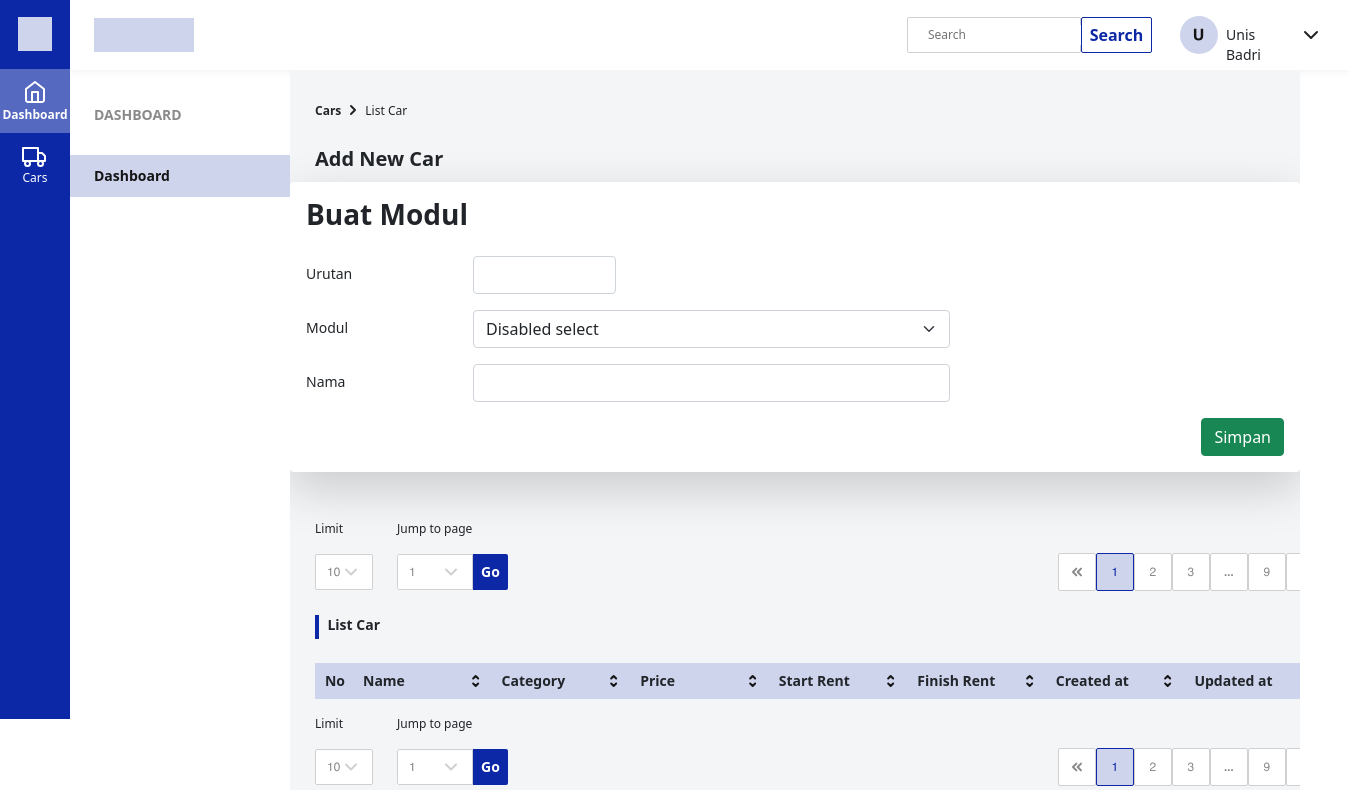
Repository: farrelmuhammad/challenge-7-binar
Page: /carlist/add
These files come from the project's save history. The page is drawn as it stood at one moment and after the next save; the edit follows.
The browser window is 1280 px wide. The page is 1350 px wide, so the pictures cover 1350 px, including what lies to the right of the window. The pictures show the whole page.
The project was rebuilt for these pictures with package versions that can differ from the ones it lists, and the page was loaded fresh each time. Also part of the build but not shown: src/component/navbar.js, src/component/header.js, src/component/footer.js, src/App.js, src/component/admin/Dashboard/index.jsx, src/pages/admin/Dashboard.js, src/component/admin/Cars/index.jsx, src/pages/admin/CarsList.js and 2 more.

Above is the page before, as saved 2022-05-27 21:09:27.

### src/index.css
body {
  font-family: Helvetica Neue, Helvetica, Arial, sans-serif;
  font-style: normal;
  font-weight: normal;
  font-size: 14px;
  line-height: 20px;
  margin: 0;
  padding: 0;
}

h1,
h2,
h3,
h4,
h5 {
  line-height: 150%;
}

.header{
  background-color: #F1F3FF;
}

.footer i {
  color: #0D28A6;
  font-size: x-large;
}

.bg-darkblue{
  background-color: #0D28A6;
}

.logo {
  background-color: #0D28A6;
  width: 100px;
  height: 34px;
}

code {
  font-family: source-code-pro, Menlo, Monaco, Consolas, 'Courier New',
    monospace;
}

.card-cari {
  width: 1047px;
  /* height: 106px; */
  margin-top: -50px;
  z-index: 2;
}
.button-cari {
  width: 92px !important;
  margin-top: 30px;
  height: 36px;
}
.activeCari {
  height: 100%;
  width: 0;
  position: fixed;
  z-index: 2;
  top: 0;
  left: 0;
  background-color: rgba(0, 0, 0, 0.5);
  overflow-x: hidden;
  transition: 0.5s;
  padding-top: 34px;
}

### src/component/admin/Navbar.jsx
import { Link } from 'react-router-dom';
import './Navbar.css';

const Navbar = () => {
  return (
    <header>
      {/* navbar top */}
      <div className="nav-top navbar">
        <div className="logo"></div>
        <span
          className="icon-menu iconify"
          data-icon="charm:menu-hamburger"
          data-width="24"
        ></span>
        <form className="nav-search d-flex">
          <div className="box-search">
            <span
              className="iconify"
              data-icon="akar-icons:search"
              data-width="18"
            ></span>
            <input type="search" placeholder="Search" />
          </div>
          <button className="button-search" type="submit">
            Search
          </button>
        </form>
        <div className="profile">
          <img src="img/profile.svg" alt="profile" />
          <p>Unis Badri</p>
          <img className="dropdown" src="img/dropdown.svg" alt="dropdown" />
        </div>
      </div>

      {/* navbar side */}
      <div className="nav-side">
        <div className="nav-blue">
          <div className="square"></div>
          <div className="frame-menu">
            <div className="dash-img" id="active">
              <a href="/dashboard">
                <img src="/img/dashboard.svg" alt="dashboard" />
              </a>
              <a href="/dashboard">Dashboard</a>
            </div>
            <div className="dash-img">
              <Link to="/carlist">
              <a>
                <img src="/img/cars.svg" alt="cars" />
                Cars
              </a>
              </Link>
            </div>
          </div>
        </div>
        <div className="nav-white">
          <div className="title-menu">
            <h1>DASHBOARD</h1>
          </div>
          <div className="list-menu">
            <h1>Dashboard</h1>
          </div>
        </div>
      </div>
    </header>
  );
};

export default Navbar;

### src/component/admin/Cars/add/index.jsx
import React from 'react'

export const AddCar = () => {
  return (
    <>
            <div className="content">
                <div className="breadcrumb">
                <h1>Cars</h1>
                <img src="../img/arrow-right.svg" alt="arrow-right" />
                <p>List Car</p>
                </div>
                <div className="col">
                    <h1 className="title-h1">Add New Car</h1>
                </div>



                <form className="form-input shadow-lg p-3 mb-5 bg-body rounded">
            <div className="text-title text-start mb-4">
                <h3 className="title fw-bold">Buat Modul</h3>
            </div>
                <div className="row mb-3">
                    <label for="inputKode3" className="col-sm-2 col-form-label">Urutan</label>
                    <div className="col-sm-2">
                    <input type="kode" className="form-control" id="inputKode3"/>
                    </div>
                </div>
                <div className="row mb-3">
                    <label for="inputNama3" className="col-sm-2 col-form-label">Modul</label>
                    <div className="col-sm-6">
                        <select id="disabledSelect" className="form-select">
                            <option>Disabled select</option>
                        </select>
                    </div>
                </div>
                <div className="row mb-3">
                    <label for="inputPassword3" className="col-sm-2 col-form-label">Nama</label>
                    <div className="col-sm-6">
                    <input type="kode" className="form-control" id="inputKode3"/>
                    </div>
                </div>
                <div className="d-grid gap-2 d-md-flex justify-content-md-end">
                    <button className="btn btn-success" type="button">Simpan</button>
                </div>
            </form>

                {/* table navigation */}
                <div className="table-nav">
                <div className="limit-nav">
                    <p>Limit</p>
                    <img src="../img/form-drop.svg" alt="form-drop" />
                </div>
                <div className="jump-nav">
                    <p>Jump to page</p>
                    <img src="../img/form-drop-2.svg" alt="form-drop-2" />
                </div>
                <div className="go-nav">
                    <h1>Go</h1>
                </div>
                <div className="page-number">
                    <img src="../img/page-number.svg" alt="page-number" />
                </div>
                </div>

                <div className="list-car">
                <img src="../img/line-blue.svg" alt="" />
                <h1>List Car</h1>
                </div>
                {/* car table */}
                <div className="list-table">
                <table className="table table-borderless">
                    <thead>
                    <tr>
                        <th style={{ textAlign: "center" }}>No</th>
                        <th>
                        Name
                        <img className="sort" src="img/sort.svg" alt="sort" />
                        </th>
                        <th>
                        Category
                        <img className="sort" src="img/sort.svg" alt="sort" />
                        </th>
                        <th>
                        Price
                        <img className="sort" src="img/sort.svg" alt="sort" />
                        </th>
                        <th>
                        Start Rent
                        <img className="sort" src="img/sort.svg" alt="sort" />
                        </th>
                        <th>
                        Finish Rent
                        <img className="sort" src="img/sort.svg" alt="sort" />
                        </th>
                        <th>
                        Created at
                        <img className="sort" src="img/sort.svg" alt="sort" />
                        </th>
                        <th>
                        Updated at
                        <img className="sort" src="img/sort.svg" alt="sort" />
                        </th>
                    </tr>
                    </thead>
                    <tbody>
                    {/* {dataCarAdmin?.map((car, i) => (
                        <>
                        <tr>
                            <td key={car.id} style={{ textAlign: "center" }}>
                            {i + 1}
                            </td>
                            <td>{car.name}</td>
                            <td>{car.category}</td>
                            <td>{car.price}</td>
                            <td>{car.start_rent_at}</td>
                            <td>{car.finish_rent_at}</td>
                            <td>{car.createdAt}</td>
                            <td>{car.updatedAt}</td>
                        </tr>
                        </>
                    ))} */}
                    </tbody>
                </table>
                </div>

                {/* table navigation */}
                <div className="table-nav">
                <div className="limit-nav">
                    <p>Limit</p>
                    <img src="img/form-drop.svg" alt="form-drop" />
                </div>
                <div className="jump-nav">
                    <p>Jump to page</p>
                    <img src="img/form-drop-2.svg" alt="form-drop-2" />
                </div>
                <div className="go-nav">
                    <h1>Go</h1>
                </div>
                <div className="page-number">
                    <img src="img/page-number.svg" alt="page-number" />
                </div>
                </div>
            </div>
            </>
  )
}

export default AddCar

### src/component/admin/Navbar.css
h1 {
    font-size: 14px;
    line-height: 20px;
}

header .nav-top {
    position: absolute;
    width: 1280px;
    height: 70px;
    left: 70px;
    right: 0;
    top: 0px;
    box-shadow: 0px 2px 8px rgba(0, 0, 0, 0.05);
}

header .nav-top .logo {
    position: absolute;
    width: 100px;
    height: 34px;
    left: 24px;
    top: 18px;
    background: #CFD4ED;
}

header .nav-top .icon-menu {
    position: absolute;
    width: 24px;
    height: 24px;
    left: 244px;
    top: 23px;
}

header .nav-top .nav-search {
    display: flex;
    flex-direction: row;
    align-items: flex-start;
    padding: 0px;
    position: absolute;
    width: 245px;
    height: 36px;
    left: 837px;
    top: 17px;
}

header .nav-top .nav-search .box-search {
    display: flex;
    flex-direction: row;
    align-items: center;
    padding-left: 12px;
    width: 174px;
    height: 36px;
    border: 1px solid #D0D0D0;
    border-radius: 2px;
    font-size: 12px;
    line-height: 18px;
    color: #8A8A8A;
}

header .nav-top .nav-search .box-search > input {
    border: none;
    outline: none;
    padding-left: 8px;
}

header .nav-top .nav-search .button-search {
    display: flex;
    flex-direction: row;
    justify-content: center;
    align-items: center;
    padding: 8px 12px;
    width: 71px;
    height: 36px;
    background-color: white;
    border: 1px solid #0D28A6;
    border-radius: 2px;
    font-weight: 700;
    color:#0D28A6;
}

header .nav-top .profile {
    display: flex;
    flex-direction: row;
    align-items: center;
    position: absolute;
    width: 143px;
    height: 38px;
    left: 1110px;
    right: 24px;
    top: 16px;
}

header .nav-top .profile > p {
    position: absolute;
    width: 65px;
    height: 20px;
    left: 46px;
    top: 9px;
    font-weight: 400;
    font-size: 14px;
    line-height: 20px;
}

header .nav-top .profile .dropdown {
    position: absolute;
    width: 24px;
    height: 24px;
    left: 119px;
    top: 7px;
}

header .nav-side {
    position: absolute;
    width: 290px;
    height: 100%;
    left: 0px;
    top: -1px;
}

header .nav-side .nav-blue {
    position: absolute;
    left: 0%;
    right: 75.86%;
    top: 0%;
    bottom: 0%;
    background: #0D28A6;
}

header .nav-side .nav-blue .square {
    position: absolute;
    width: 34px;
    height: 34px;
    left: 18px;
    top: 18px;
    background: #CFD4ED;
}

header .nav-side .nav-blue .frame-menu {
    display: flex;
    flex-direction: column;
    align-items: flex-start;
    padding: 0px;
    position: absolute;
    width: 70px;
    height: 128px;
    left: 0px;
    top: 70px;
}

header .nav-side .nav-blue .frame-menu .dash-img {
    display: flex;
    flex-direction: column;
    justify-content: center;
    align-items: center;
    padding: 20px 23px;
    position: static;
    width: 70px;
    height: 64px;
    left: 0px;
    top: 0px;
}

#active {
    font-weight: 700;
    background: rgba(255, 255, 255, 0.3);
}

header .nav-side .nav-blue .frame-menu .dash-img a {
    font-size: 12px;
    line-height: 18px;
    margin-top: 2px;
    text-decoration: none;
    color: white;
}

header .nav-side .nav-blue img:last-child {
    margin-top: 0;
}

header .nav-side .nav-white {
    position: absolute;
    left: 24.14%;
    right: 0%;
    top: 7.76%;
    bottom: 0.22%;
}

header .nav-side .nav-white .title-menu {
    position: absolute;
    width: 220px;
    height: 42px;
    left: 24px;
    top: 50px;
}

header .title-menu h1 {
    font-weight: 700;
    color: #8A8A8A;
    left: 24px;
}

header .nav-side .nav-white .list-menu {
    position: static;
    margin-top: 100px;
    width: 220px;
    height: 42px;
    padding: 11px 24px;
    background: #CFD4ED;
}

header .list-menu h1 {
    font-weight: 700;
    color: #151515;
    left: 24px;
}

### src/component/admin/Dashboard/Content.css
.content {
    position: absolute;
    overflow: auto;
    left: 290px;
    top: 70px;
    /* width: 1280px; */
    height: 100%;
    background: #F4F5F7;
    font-size: 14px;
    line-height: 20px;
}

.content .breadcrumb {
    position: absolute;
    width: 300px;
    height: 18px;
    left: 25px;
    top: 32px;
}

.content .breadcrumb > h1 {
    font-size: 12px;
    line-height: 18px;
    font-weight: 700;
}

.content .breadcrumb > p {
    font-size: 12px;
    line-height: 18px;
    font-weight: 300;
}

.content .breadcrumb > img {
    width: 16px;
    height: 16px;
    margin-left: 4px;
    margin-right: 4px;
}

.content .title-h1 {
    font-size: 20px;
    line-height: 30px;
    font-weight: 700;
    margin-left: 25px;
    margin-top:74px;
}

.content .list-order {
    margin-top: 24px;
    position: absolute;
    width: 79px;
    height: 24px;
    margin-left: 25px;
}

.content .list-order > img {
    width: 4px;
    height: 24px;
}

.content .list-order > h1 {
    float: right;
    font-weight: 700;
    margin-left: 8px;
}

.content .list-table table {
    margin-left: 25px;
    margin-top: 72px;
    width: 100%;
    table-layout: fixed;
    background-color: white;
    border: 1px solid none;
    border-radius: 2px;
}

.content .list-table table thead {
    background-color: rgba(207, 212, 237, 1);
    font-weight: 700;
}

.content .list-table table thead th:first-child {
    width: 40px;
}

.content .list-table table thead th > img {
    float: right;
}

.content .table-nav {
    display: flex;
    flex-direction: row;
    width: 1010px;
    font-size: 12px;
    line-height: 18px;
    font-weight: 300;
}

.content .table-nav .limit-nav{
    margin-left: 25px;
}

.content .table-nav .limit-nav p {
    font-size: 12px;
    line-height: 18px;
}

.content .table-nav .jump-nav {
    margin-left: 24px;
}

.content .table-nav .jump-nav p {
    font-size: 12px;
    line-height: 18px;
}

.content .table-nav .go-nav {
    width: 43px;
    height: 36px;
    margin-top: 34px;
    background: #0D28A6;
    border-radius: 0px 2px 2px 0px;
}

.content .table-nav .go-nav > h1 {
    text-align: center;
    font-weight: bold;
    color: white;
    padding: 8px 8px;
}

.content .table-nav .page-number {
    margin-top: 33px;
    margin-left: 550px;
}

.content .list-car {
    margin-top: 24px;
    position: absolute;
    width: 65px;
    height: 24px;
    margin-left: 25px;
}

.content .list-car > img {
    width: 4px;
    height: 24px;
}

.content .list-car > h1 {
    float: right;
    font-weight: 700;
    margin-left: 8px;
}

.content .title-button-car {
    display: inline-flex;
}

.content .title-button-car > h1 {
    margin-right: 800px;
}

.content .title-button-car > a img {
    margin-top: 74px;
}

.content .button-category {
    margin-top: 24px;
    margin-left: 8px;
    display: inline-flex;
}

.content .button-category img {
    margin-left: 16px;
}

.content .cars-card {
    width: 320px;
    height: 482px;
    margin-left: 25px;
    margin-top: 24px;
    box-shadow: 0px 0px 4px rgba(0, 0, 0, 0.15);
    border-radius: 8px;
}

.content .cars-card .card-img-top {
    width: 270px;
    height: 160px;
    margin: auto;
    margin-top: 55px;
}

.content .cars-card .card-body {
    padding: 24px;
}

.content .cars-card .card-body .bold-h1 {
    font-weight: 700;
    font-size: 16px;
    line-height: 24px;
    margin-bottom: 0;
}

.content .cars-card .card-body-text {
    display: inline-flex;
    width: 303px;
    height: 20px;
    margin-top: 16px;
}

.content .cars-card .card-body-text img {
    margin-right: 8px;
    width: 20px;
    height: 20px;
}

.content .cars-card .button-card {
    display: inline-flex;
    margin-left: 8px;
    margin-top: 24px;
}

.content .cars-card .button-card img {
    width: 120px;
}

.content .cars-card .button-card img:last-child {
    margin-left: 16px;
}

.content .form-add-new-car {
    width: 1010px;
    height: 350px;
    background: white;
    margin-top: 32px;
    margin-left: 25px;
}

.content .form-add-new-car .content-form {
    padding-top: 16px;
    padding-left: 25px;
    font-weight: 300;
    font-size: 12px;
    line-height: 18px;
}

.content .form-add-new-car .content-form label {
    width: 147px;
}

.content .form-add-new-car .content-form input {
    width: 339px;
    height:auto;
    border: 1px solid #D0D0D0;
    border-radius: 2px;
    color: #8A8A8A;
    font-weight: 300;
    font-size: 12px;
    line-height: 18px;
}

.content .form-add-new-car .content-form .content-box {
    margin-left: 4px;
}

.content .form-add-new-car .content-h1 h1 {
    display: inline-flex;
    margin-left: 25px;
    margin-top: 16px;
    font-weight: 300;
    font-size: 12px;
    line-height: 18px;
}

.content .form-add-new-car .content-h1 h1:first-child {
    width: 147px;
}

.content .form-add-new-car .content-h1 h1:last-child {
    margin-left: 8px;
}

.content .button-form {
    display: inline-flex;
    margin-left: 9px;
}

.content .button-form img {
    margin-left: 16px;
    margin-top: 282px;
    margin-bottom: 40px;
}

Loaded but not shown: public/index.html (common file); src/app/store.js (common file); src/reportWebVitals.js (common file); src/features/counter/counterAPI.js (common file); src/features/counter/counterSlice.js (73 lines, source omitted); src/Routes.js (25 lines, source omitted); src/index.js (26 lines, source omitted); src/pages/admin/AddCar.js (14 lines, source omitted); src/component/admin/Cars/Content.css (338 lines, source omitted)

After the next save:
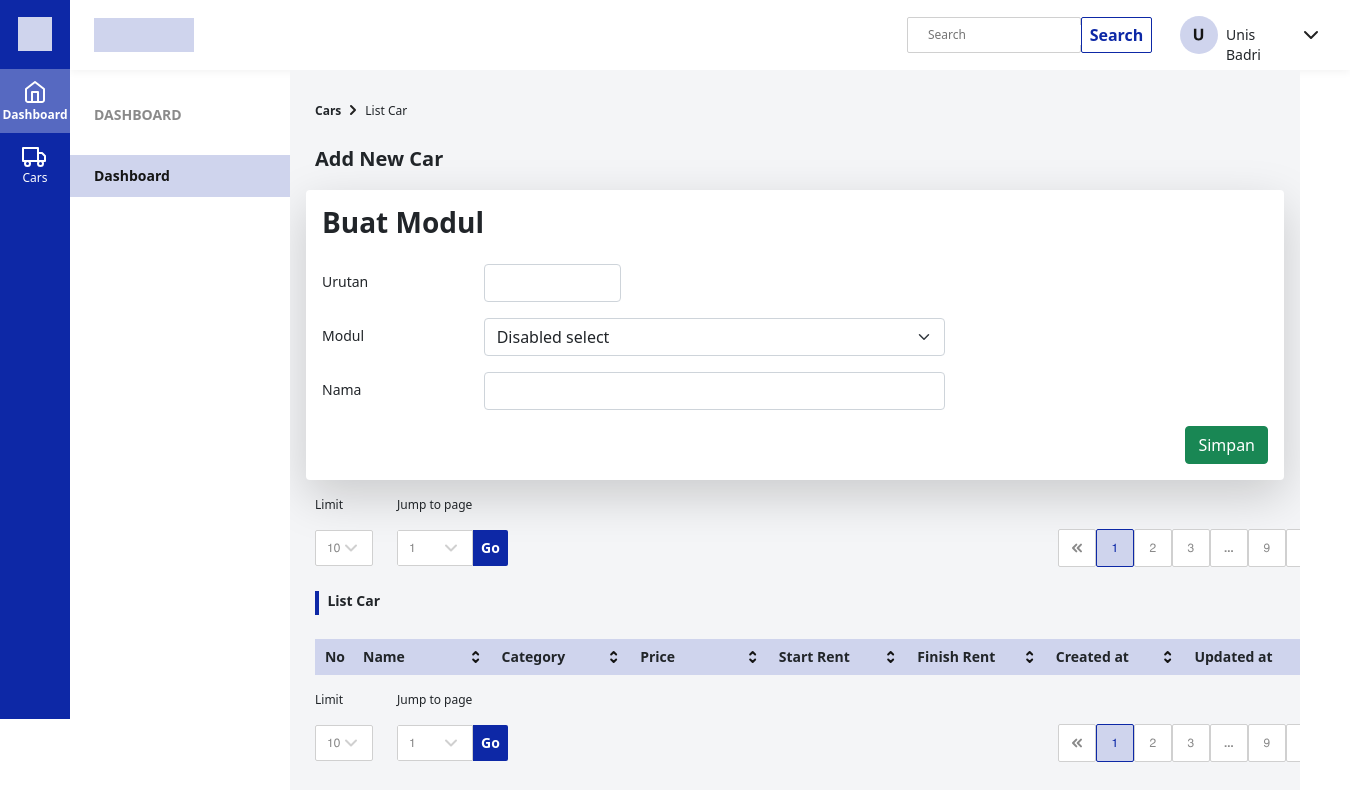
Saved 19 s later.
--- a/src/component/admin/Cars/add/index.jsx
+++ b/src/component/admin/Cars/add/index.jsx
@@ -15,7 +15,7 @@ export const AddCar = () => {
 
 
 
-                <form className="form-input shadow-lg p-3 mb-5 bg-body rounded">
+                <form className="form-input shadow-lg p-3 m-3 bg-body rounded">
             <div className="text-title text-start mb-4">
                 <h3 className="title fw-bold">Buat Modul</h3>
             </div>
